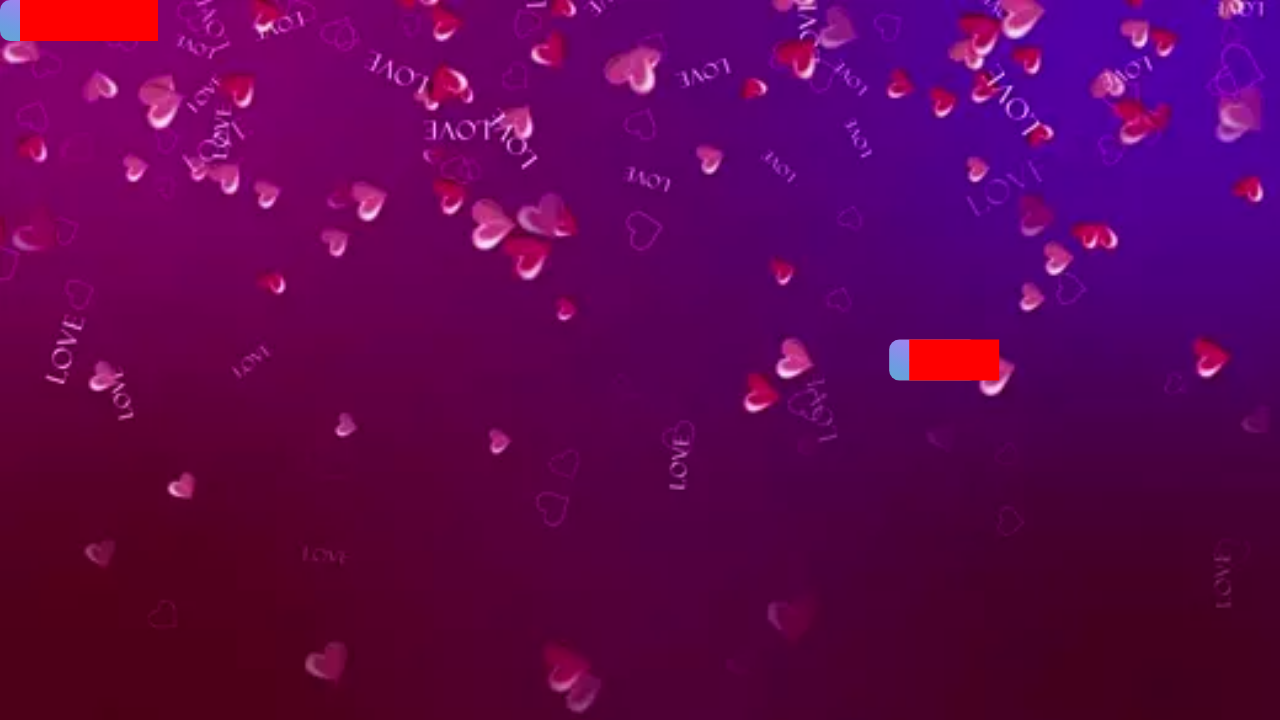
Repository: kuluong2000/love
Page: index.html
An editor plug-in stored every save of this project. The page is shown before and after the next save, followed by the edit.
The browser window is 1280 px wide. The pictures show the whole page.

Above is the page before, as saved 2022-06-04 21:58:59.

### index.html
<!DOCTYPE html>
<html lang="en">
  <head>
    <meta charset="UTF-8" />
    <meta http-equiv="X-UA-Compatible" content="IE=edge" />
    <meta name="viewport" content="width=device-width, initial-scale=1.0" />
    <link rel="stylesheet" href="app.css" />
    <title>Document</title>
  </head>
  <body>
    <div class="love">
      <button class="love-success btn">Đồng ý</button>
      <button class="love-fail btn">không đông ý</button>
    </div>
  </body>
</html>

### app.css
@import url("https://fonts.googleapis.com/css2?family=Poppins:ital,wght@0,300;0,400;0,500;0,600;0,700;1,300;1,400;1,500;1,600;1,700&display=swap");
* {
  padding: 0;
  margin: 0;
  box-sizing: border-box;
}
body {
  font-family: "Poppins", sans-serif;
}
.love {
  position: relative;
  width: 100%;
  height: 100vh;
  background: url("./image/bg.webp") no-repeat center / cover;
}
.btn {
  position: absolute;
  border: none;
  outline: none;
  cursor: pointer;
  padding: 10px 20px;
  border-radius: 10px;
  background-image: linear-gradient(to right top, #6ba6d1, #69a2d9, #6c9ee0, #7698e5, #8491e8, #8e8cec, #9b87ef, #a980f0, #b57af5, #c273f8, #d06afa, #df5ffb);
  color: white;
  font-size: 14px;
  font-family: "Poppins", sans-serif;
  font-weight: bold;
}
.btn::before {
  content: "";
  position: absolute;
  width: 100%;
  height: 100%;
  top: 0;
  background-color: red;
}
.love-success {
  right: 20%;
  top: 50%;
  transform: translate(-50%, -50%);
}

After the next save:
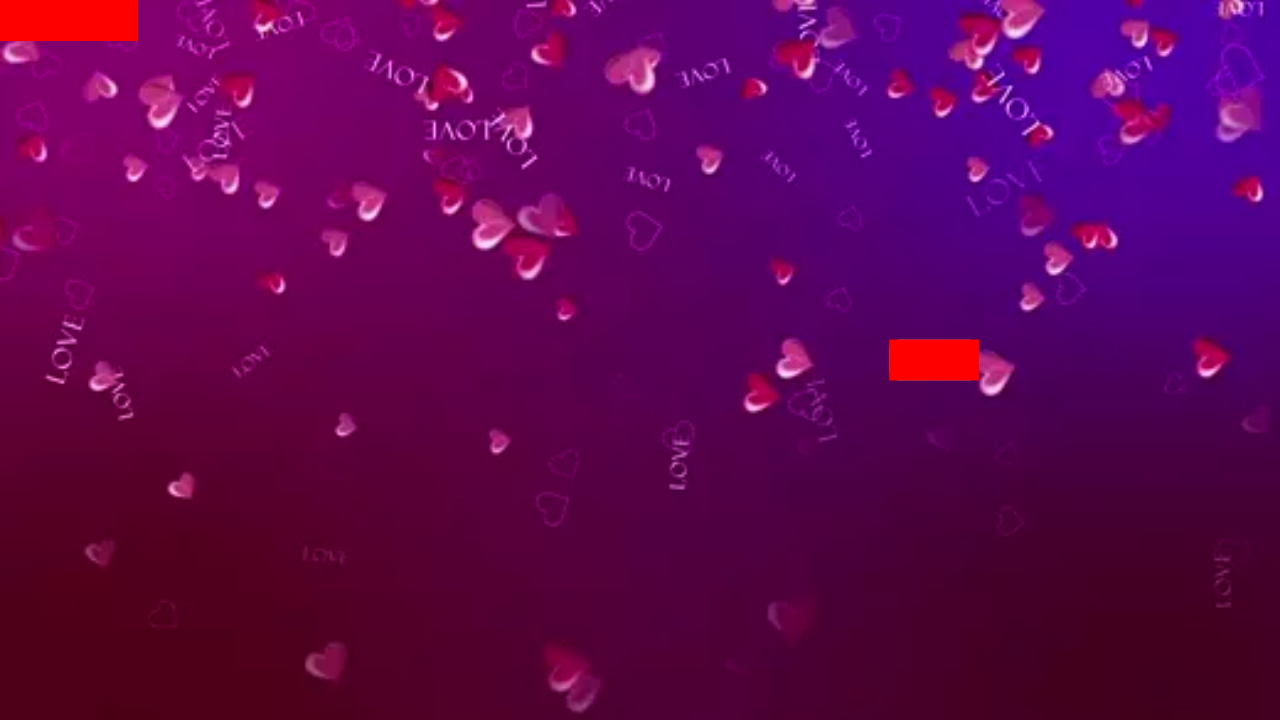
Saved 4 s later.
--- a/app.css
+++ b/app.css
@@ -32,6 +32,7 @@ body {
   width: 100%;
   height: 100%;
   top: 0;
+  left: 0;
   background-color: red;
 }
 .love-success {
